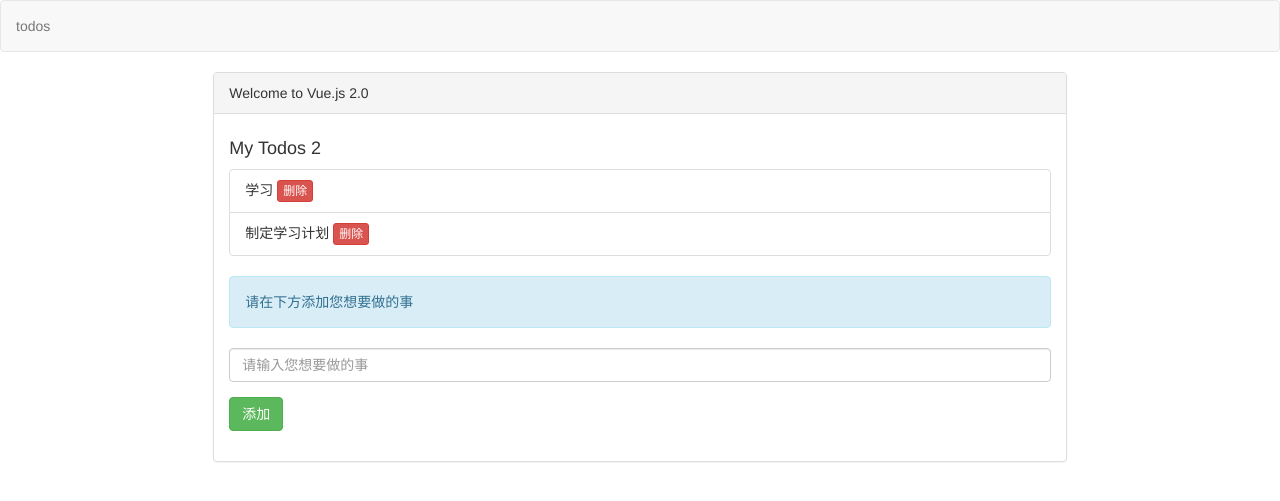
Repository: myr1111/todo
Page: Todoapp/index.html
An editor plug-in stored every save of this project. The page is shown before and after a run of saves, followed by the edit.
The browser window is 1280 px wide. The pictures show the whole page.

Above is the page before, as saved 2019-04-01 08:40:38.

### Todoapp/index.html
<!DOCTYPE html>
<html lang="en">
<head>
    <meta charset="UTF-8">
    <meta name="viewport" content="width=device-width, initial-scale=1.0">
    <meta http-equiv="X-UA-Compatible" content="ie=edge">
    <title>Document</title>
    <link rel="stylesheet" href="bootstrap.min.css">
    <script src="vue.min.js"></script>
</head>
<body>
    <nav class="navbar navbar-default">
        <p class="navbar-text">todos</p>
    </nav>
    <div id="app" class="container col-md-8 col-md-offset-2">
        <div class="row">
            <div class="panel panel-default">
                <div class=" panel-heading">Welcome to Vue.js 2.0</div>
                <div class="panel-body">
                    <h4>My Todos {{todosCount}}</h4>
                    <ul class="list-group">
                        <li class="list-group-item"
                            v-for="todo in todos"
                        >{{todo.title}}
                            <button class="btn btn-danger btn-xs">删除</button>
                        </li>
                    </ul>
                    <div class="alert alert-info">请在下方添加您想要做的事</div>
                    <form v-on:submit.prevent="add()">
                        <div class="form-group">
                            <input v-model="newTodo.title" type="text" placeholder="请输入您想要做的事" class="form-control">
                        </div>
                        <div class="form-group">
                            <button type="submit" class="btn btn-success">添加</button>
                        </div>
                    </form>
                </div>
            </div>
        </div>
    </div>
    <script>
        new Vue({
            el : "#app",
            data : {
                todos : [
                    {title : "学习"},
                    {title : "制定学习计划"}
                ],
                newTodo : {title : ""}
            },
            computed: {
                todosCount(){
                    return this.todos.length;
                }
            },
            methods: {
                add(){
                    this.todos.push(this.newTodo);
                    this.newTodo = {title : ""};
                }
            },
        });

    </script>
</body>
</html>

Loaded but not shown: Todoapp/bootstrap.min.css (library); Todoapp/vue.min.js (library)

After the next 4 saves:
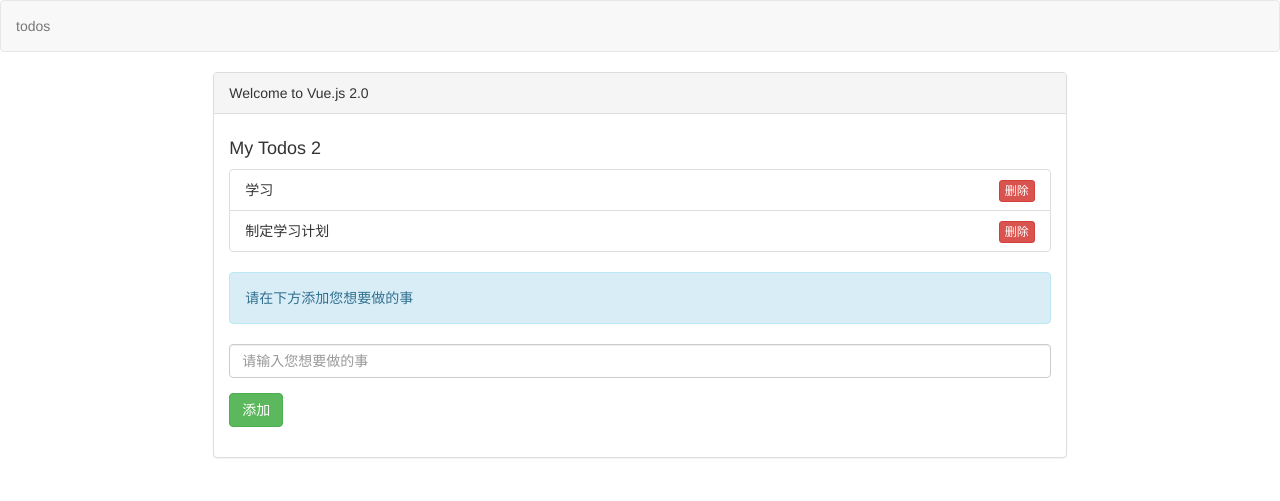
The 4 saves are shown as one change because they came seconds apart.
The last was saved 14 s later.
--- a/Todoapp/index.html
+++ b/Todoapp/index.html
@@ -22,7 +22,7 @@
                         <li class="list-group-item"
                             v-for="todo in todos"
                         >{{todo.title}}
-                            <button class="btn btn-danger btn-xs">删除</button>
+                            <button class="btn btn-danger btn-xs pull-right">删除</button>
                         </li>
                     </ul>
                     <div class="alert alert-info">请在下方添加您想要做的事</div>
